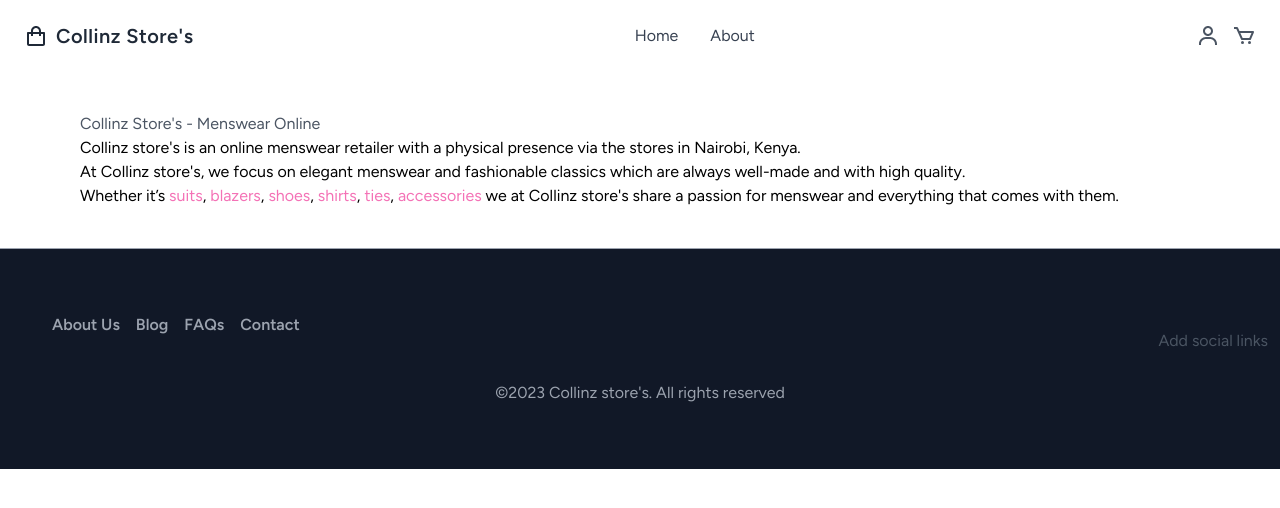
Repository: Collins145/e-commerce-website
Page: http://localhost/about
An editor plug-in stored every save of this project. The page is shown before and after the next save, followed by the edit.
The browser window is 1280 px wide. The pictures show the whole page.
The page is served by the project's Laravel application, run on PHP 8.4 with Laravel 10. Style sheets and scripts are compiled from the project's sources, by tool versions that may differ from the author's.

Above is the page before, as saved 2023-06-17 22:36:49.

After the next save:
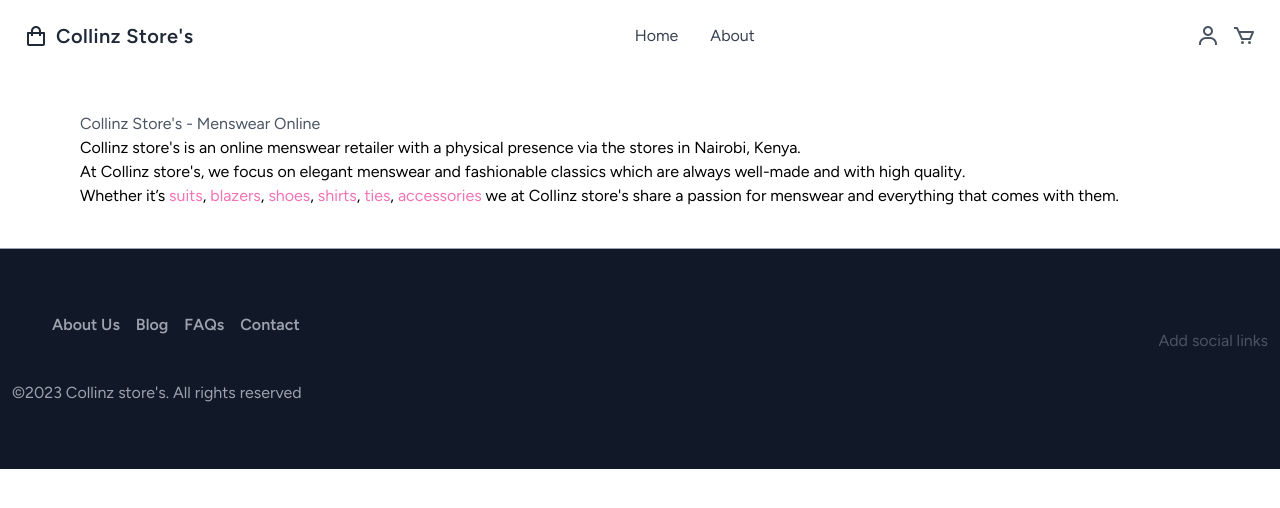
Saved 111 s later.
--- a/resources/views/components/site/footer.blade.php
+++ b/resources/views/components/site/footer.blade.php
@@ -18,7 +18,7 @@
                         </ul>
                     </div>
                 </div>
-                <h3 class="font-semi-bold text-gray-400 mx-auto mt-6"><span>&copy<span>2023 Collinz store's. All rights reserved</h3>
+                <h3 class="font-semi-bold text-gray-400 mt-6"><span>&copy<span>2023 Collinz store's. All rights reserved</h3>
             </div>
         </div>
     </footer>

After the save that followed:
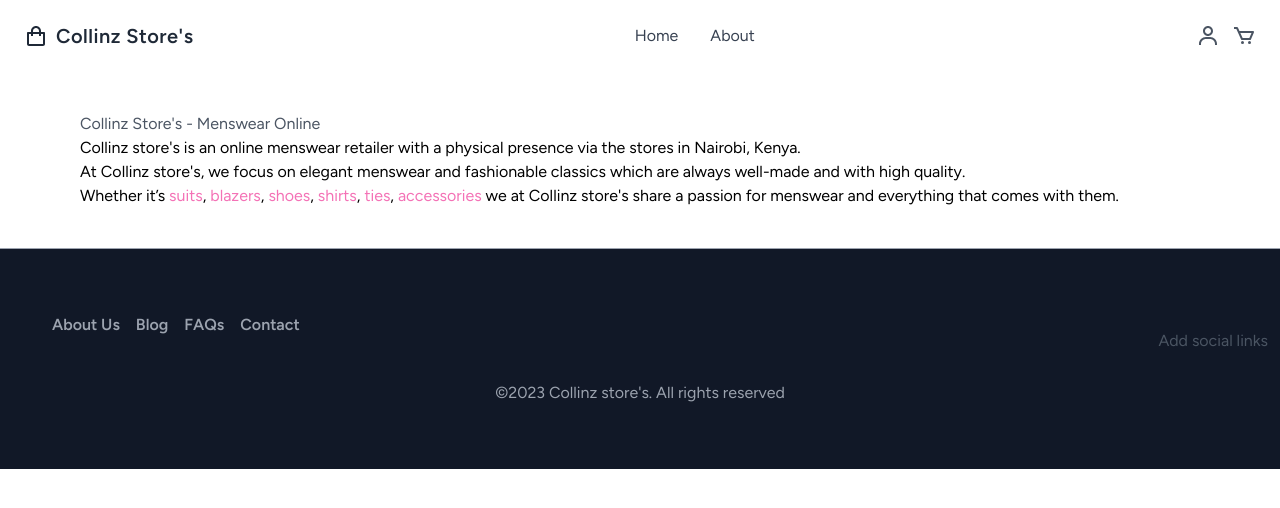
Saved 49 s later.
--- a/resources/views/components/site/footer.blade.php
+++ b/resources/views/components/site/footer.blade.php
@@ -18,7 +18,7 @@
                         </ul>
                     </div>
                 </div>
-                <h3 class="font-semi-bold text-gray-400 mt-6"><span>&copy<span>2023 Collinz store's. All rights reserved</h3>
+                <h3 class="font-semi-bold text-gray-400 mx-auto mt-6"><span>&copy<span>2023 Collinz store's. All rights reserved</h3>
             </div>
         </div>
     </footer>
